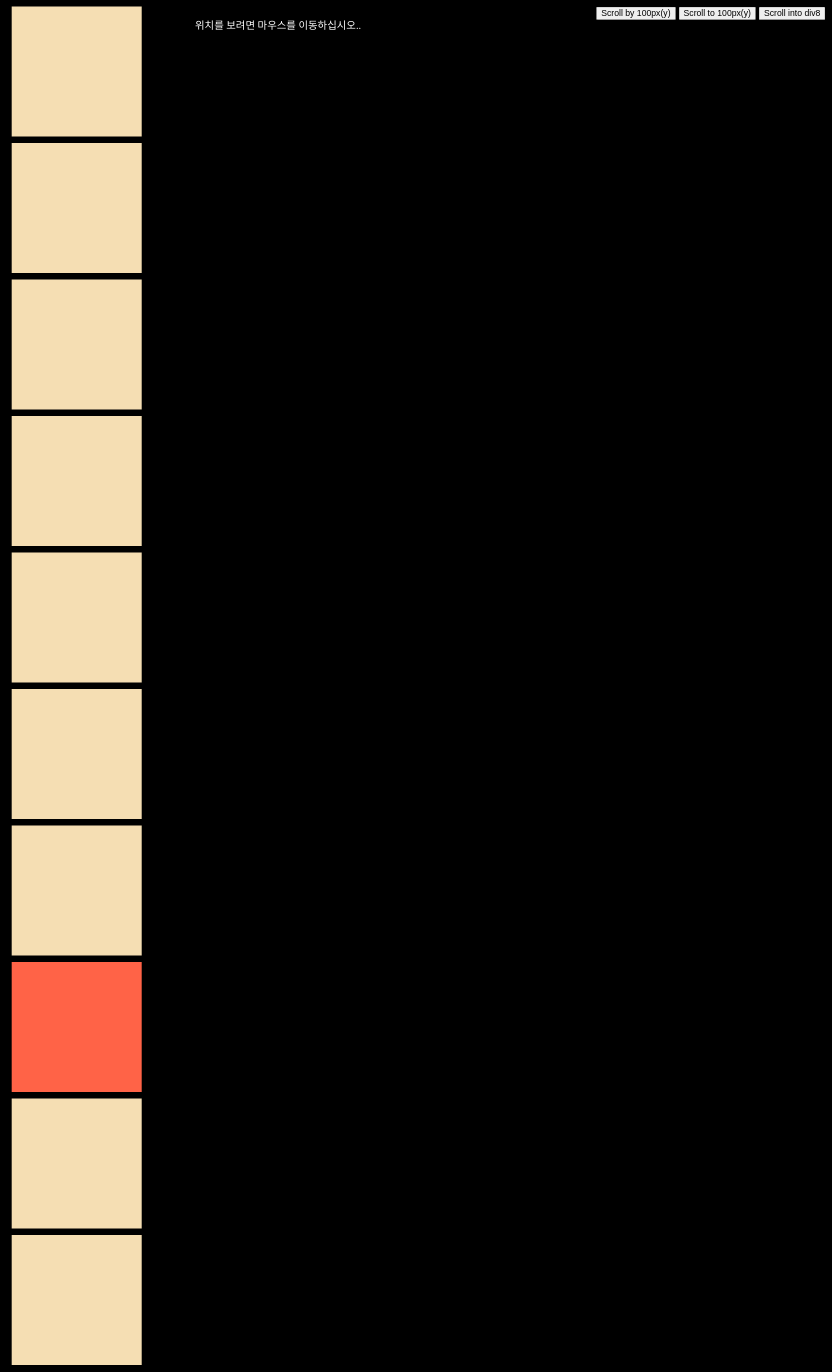
Repository: GoodHoneyCake/Dream_Coding_Academy5
Page: browser/chap1/window_coordinate.html
The author's editor kept a copy of each file at every save. The page is drawn from the files as they stood at one save, then again after the next save.
The browser window is 1280 px wide. The pictures show the whole page, at 65% of full size.

Above is the page before, as saved 2021-01-28 14:04:14.

After the next save:
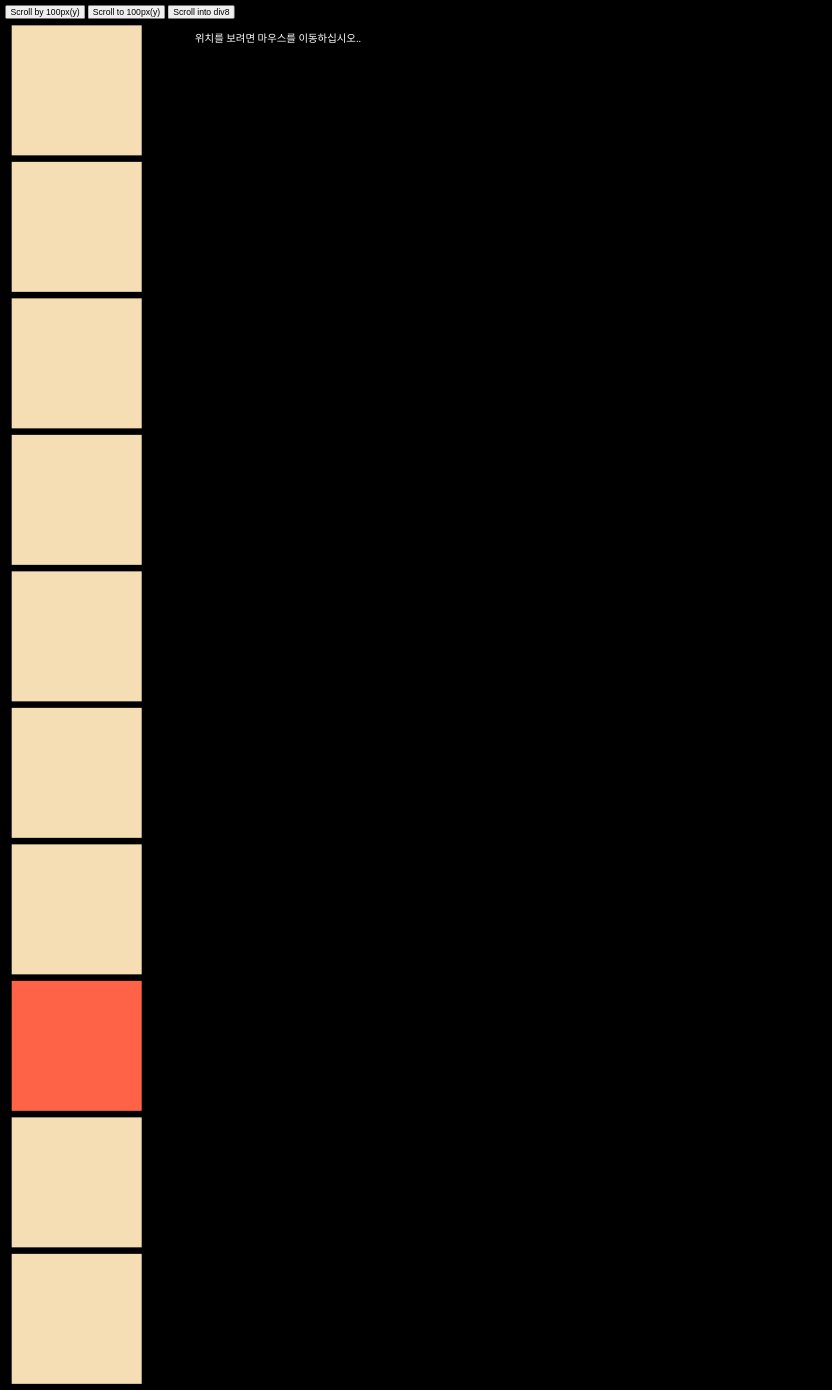
Saved 89 s later.
--- a/browser/chap1/window_coordinate.html
+++ b/browser/chap1/window_coordinate.html
@@ -30,11 +30,11 @@
     }
   </style>
   <body>
-    <section>
+    <aside>
       <button class="byBtn">Scroll by 100px(y)</button>
       <button class="toBtn">Scroll to 100px(y)</button>
       <button class="intoBtn">Scroll into div8</button>
-    </section>
+    </aside>
     <p>위치를 보려면 마우스를 이동하십시오..</p>
     <p id="screen-log"></p>
     <div></div>

After the save that followed:
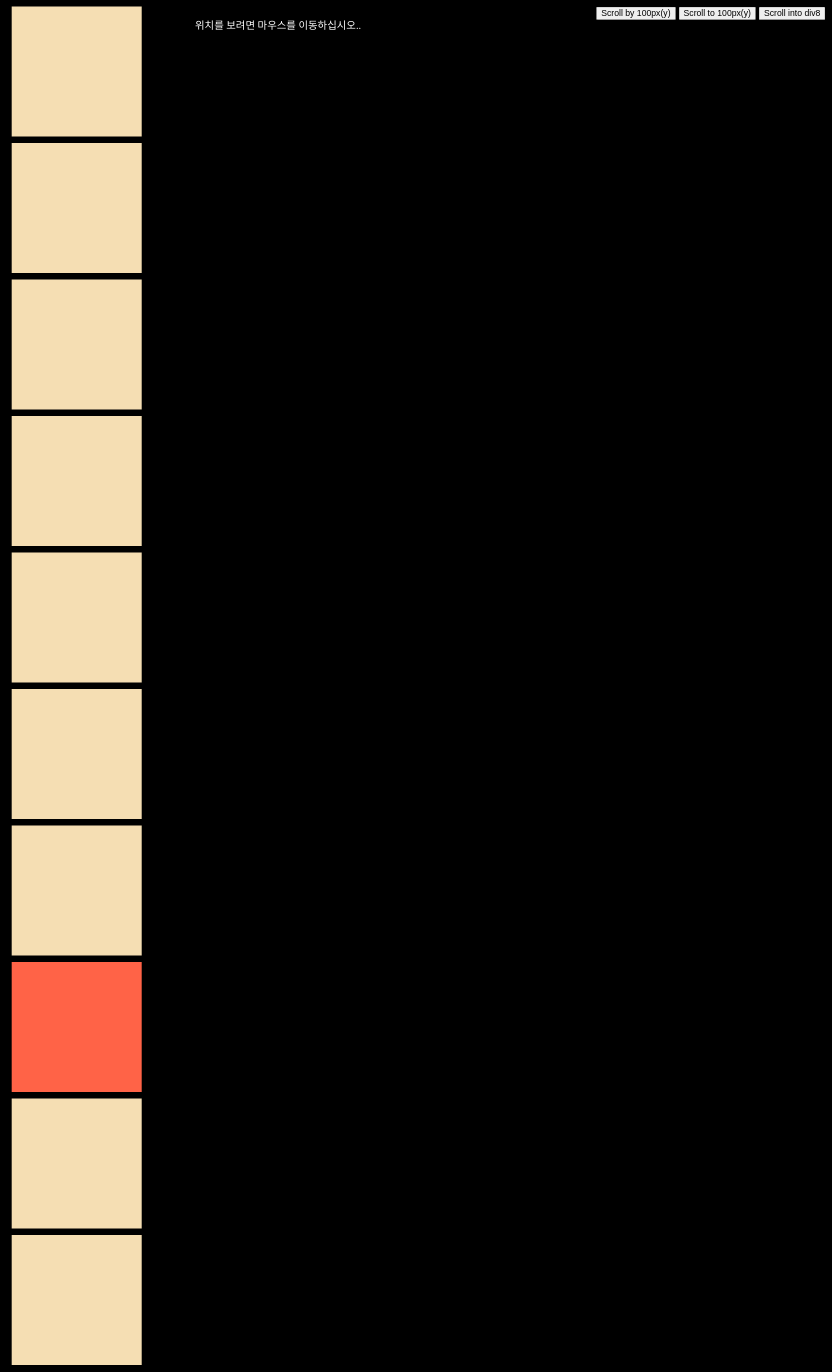
Saved 4 s later.
--- a/browser/chap1/window_coordinate.html
+++ b/browser/chap1/window_coordinate.html
@@ -10,7 +10,7 @@
       background-color: black;
       color: white;
     }
-    section {
+    aside {
       position: fixed;
       right: 10px;
     }
